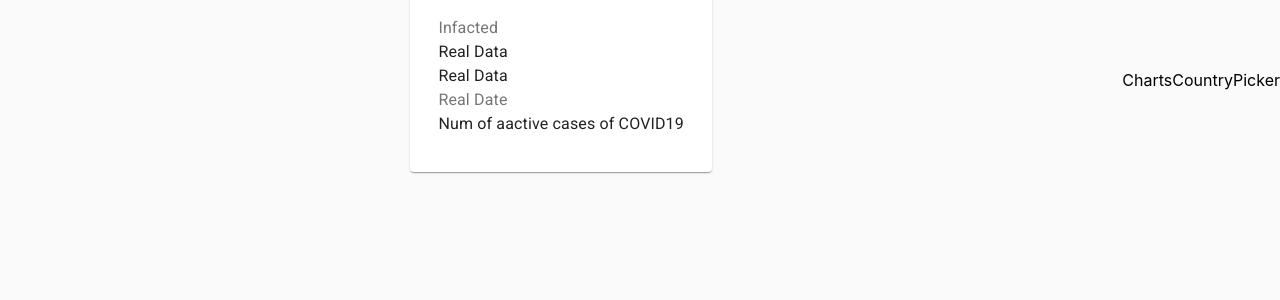
Repository: ranausama48/covid-tracker
Page: /
These files come from the project's save history. The page is drawn as it stood at one moment and after a run of saves; the edit follows.
The browser window is 1280 px wide. The pictures show the whole page.
The page's requests for data from a server got no answer. The project was rebuilt for these pictures with package versions that can differ from the ones it lists, and the page was loaded fresh each time. No one was signed in, and anything a server would have sent is missing.

Above is the page before, as saved 2020-07-05 17:57:08.

### public/index.html
<!DOCTYPE html>
<html lang="en">
  <head>
    <meta charset="utf-8" />
    <link rel="icon" href="%PUBLIC_URL%/favicon.ico" />
    <meta name="viewport" content="width=device-width, initial-scale=1" />
    <meta name="theme-color" content="#000000" />
    <meta
      name="description"
      content="Web site created using create-react-app"
    />
    <!-- @material Ui links -->
    <link
      rel="stylesheet"
      href="https://fonts.googleapis.com/css?family=Roboto:300,400,500,700&display=swap"
    />
    <link
      rel="stylesheet"
      href="https://fonts.googleapis.com/icon?family=Material+Icons"
    />

    <link rel="apple-touch-icon" href="%PUBLIC_URL%/logo192.png" />
    <!--
      manifest.json provides metadata used when your web app is installed on a
      user's mobile device or desktop. See https://developers.google.com/web/fundamentals/web-app-manifest/
    -->
    <link rel="manifest" href="%PUBLIC_URL%/manifest.json" />
    <!--
      Notice the use of %PUBLIC_URL% in the tags above.
      It will be replaced with the URL of the `public` folder during the build.
      Only files inside the `public` folder can be referenced from the HTML.

      Unlike "/favicon.ico" or "favicon.ico", "%PUBLIC_URL%/favicon.ico" will
      work correctly both with client-side routing and a non-root public URL.
      Learn how to configure a non-root public URL by running `npm run build`.
    -->
    <title>React App</title>
  </head>
  <body>
    <noscript>You need to enable JavaScript to run this app.</noscript>
    <div id="root"></div>
    <!--
      This HTML file is a template.
      If you open it directly in the browser, you will see an empty page.

      You can add webfonts, meta tags, or analytics to this file.
      The build step will place the bundled scripts into the <body> tag.

      To begin the development, run `npm start` or `yarn start`.
      To create a production bundle, use `npm run build` or `yarn build`.
    -->
  </body>
</html>

### src/App.js
import React, { useEffect, useState } from "react";
import Cards from "./components/Cards/Cards";
import Charts from "./components/Charts/Charts";
import CountryPicker from "./components/CountryPicker/CountryPicker";
import { fetchData } from "./api";

import "./App.css";

function App() {
  const [state, setstate] = useState({ data: {} });
  useEffect(() => {
    async function getData() {
      const data = await fetchData();
      setstate({ data });
    }
    getData();
  }, []);
  const { data } = state;

  return (
    <div className="container">
      <Cards data={data} />
      <Charts />
      <CountryPicker />
    </div>
  );
}

export default App;

### src/components/Cards/Cards.jsx
import React from "react";
import { makeStyles } from "@material-ui/core/styles";
import {
  Card,
  CardActionArea,
  CardActions,
  CardContent,
  CardMedia,
  Button,
  Typography,
  Grid,
} from "@material-ui/core";
const useStyles = makeStyles({
  root: {
    maxWidth: 345,
  },
  media: {
    height: 140,
  },
});

const Cards = (props) => {
  const classes = useStyles();
  return (
    <Grid container spacing={3} justify="center">
      <Grid item component={Card}>
        <CardContent>
          <Typography guuterBottom color="textSecondary">
            Infacted
          </Typography>
          <Typography varaint="h5">Real Data</Typography>
          <Typography varaint="h5">Real Data</Typography>
          <Typography color="textSecondary">Real Date</Typography>
          <Typography varaint="body2">
            Num of aactive cases of COVID19
          </Typography>
        </CardContent>
      </Grid>
    </Grid>
  );
};

export default Cards;

### src/components/Charts/Charts.jsx
import React from "react";

const Charts = () => {
  return <div>Charts</div>;
};

export default Charts;

### src/components/CountryPicker/CountryPicker.jsx
import React from "react";

const CountryPicker = () => {
  return <div>CountryPicker</div>;
};

export default CountryPicker;

### src/api/index.js
import axios from "axios";
const url = "https://covid19.mathdro.id/api";
export const fetchData = async () => {
  try {
    const { data } = await axios.get(url);
    const { confirmed, recovered, deaths, lastUpdate } = data;
    return {
      confirmed,
      recovered,
      deaths,
      lastUpdate,
    };
  } catch (error) {
    return error;
  }
};

### src/App.css
body {
  background-color: rgba(250, 250, 250);
}
.container {
  display: flex;
  justify-content: center;
  align-items: center;
}

Loaded but not shown: src/index.js (common file); src/index.css (common file); src/serviceWorker.js (common file)

After the next 3 saves:
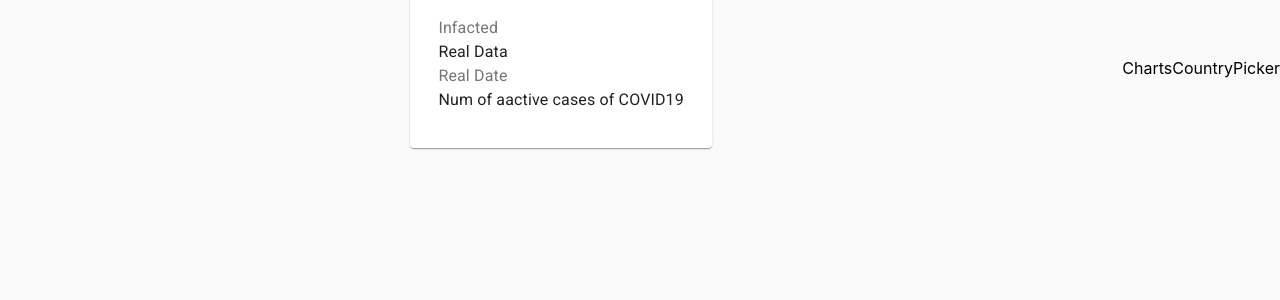
The 3 saves are shown as one change because they came seconds apart.
The last was saved 25 s later.
--- a/src/components/Cards/Cards.jsx
+++ b/src/components/Cards/Cards.jsx
@@ -29,7 +29,6 @@ const Cards = (props) => {
             Infacted
           </Typography>
           <Typography varaint="h5">Real Data</Typography>
-          <Typography varaint="h5">Real Data</Typography>
           <Typography color="textSecondary">Real Date</Typography>
           <Typography varaint="body2">
             Num of aactive cases of COVID19
